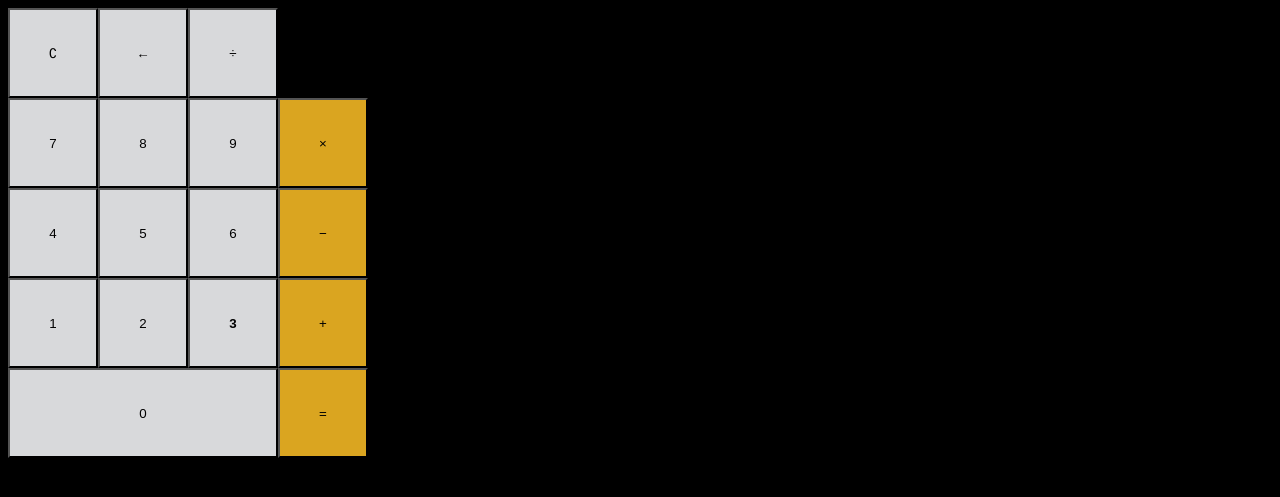
Repository: jontslater/LAB-calculator2
Page: index.html
An editor plug-in stored every save of this project. The page is shown before and after the next save, followed by the edit.
The browser window is 1280 px wide. The pictures show the whole page.

Above is the page before, as saved 2023-10-12 16:06:47.

### index.html
<!DOCTYPE html>
<html lang="en">
<head>
  <meta charset="UTF-8">
  <meta name="viewport" content="width=device-width, initial-scale=1.0">
  <title>calculator</title>
  <link rel="stylesheet" href="main.css">
  <script src="main.js"></script>
</head>

<body>
  <div class="container">

  <table>
    <button class="symbols gray">&#8705;</button>
    <button class="symbols gray">&#8592;</button>
    <button class="symbols gray">&#247;</button>
  </table>

  <table>
    <button class="bottonss gray">7</button>
    <button class="bottonss gray">8</button>
    <button class="bottonss gray">9</button>
    <button class="orange">&#215;</button>
  </table>

  <table>
    <button class="bottonss gray">4</button>
    <button class="bottonss gray">5</button>
    <button class="bottonss gray">6</button>
    <button class="orange">&#8722;</button>
  </table>

  <table>
    <button class="bottonss gray">1</button>
    <button class="bottonss gray">2</button>
    <button class="bottonss gray"><b>3</b></button>
    <button class="orange">&#43;</button>
  </table>


  <table>
    <button class="bottonss gray twice">0</button>
    <button class="orange">&#61;</button>
  </table>

  </div>

</body>
</html>

### main.css
body{
  background-color: #000000;
}

.container{
  width: 400px;
}

.buttonss{
  background-color: #d8d9db;
  height: 90px;
  width: 90px;
  font-size: xx-large;

}

.orange{
  background-color:goldenrod;
  height: 90px;
  width: 90px;
}

.gray{
  background-color: #d8d9db;
  height: 90px;
  width: 90px;
}

.twice{
  width: 270px;
}

.three{
  width: 180px
}

Loaded but not shown: main.js (no stored copy; drawn as an empty file)

After the next save:
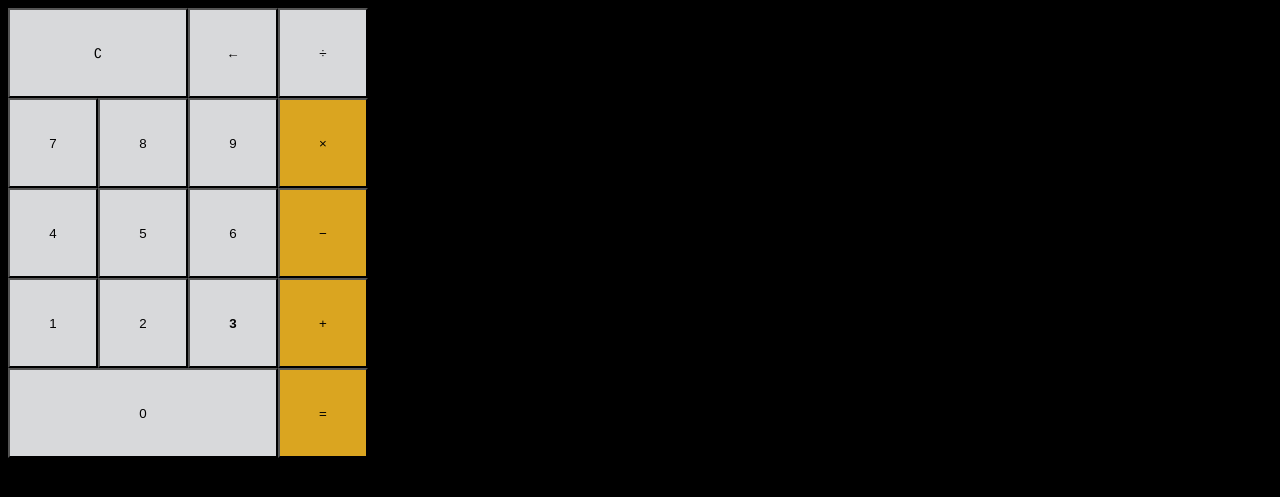
Saved 16 s later.
--- a/index.html
+++ b/index.html
@@ -12,7 +12,7 @@
   <div class="container">
 
   <table>
-    <button class="symbols gray">&#8705;</button>
+    <button class="symbols gray three">&#8705;</button>
     <button class="symbols gray">&#8592;</button>
     <button class="symbols gray">&#247;</button>
   </table>
